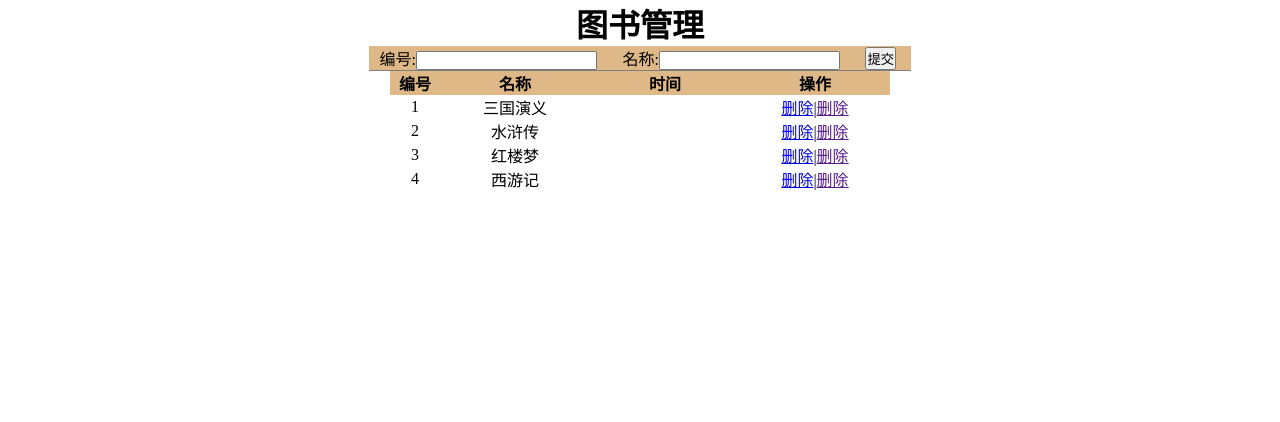
Repository: chenguocan/Vue_demo_1
Page: vue_demo_03/图书管理.html
These files come from the project's save history. The page is drawn as it stood at one moment and after the next save; the edit follows.
The browser window is 1280 px wide. The pictures show the whole page.

Above is the page before, as saved 2020-07-22 09:51:05.

### vue_demo_03/图书管理.html
<!DOCTYPE html>
<html lang="en">
  <head>
    <meta charset="UTF-8" />
    <meta name="viewport" content="width=device-width, initial-scale=1.0" />
    <title>Document</title>
    <style>
      * {
        margin: 0;
        padding: 0;
        box-sizing: border-box;
      }
      .book {
        text-align: center;
      }
      .user {
        display: flex;
        justify-content: center;
      }
      .user table {
        border-bottom: 1px solid gray;
      }
      table {
        border-collapse: collapse;
      }
      th {
        background-color: burlywood;
      }
      .user td {
        padding: 0 15px 0 10.5px;
        background-color: burlywood;
      }
      td {
        border-collapse: collapse;
      }
      .bookmsg {
        display: flex;
        justify-content: center;
      }
    </style>
  </head>
  <body>
    <div id="app">
      <div class="book">
        <h1>图书管理</h1>
        <div class="user">
          <table>
            <tr>
              <td>编号:<input type="text" name="id" /></td>
              <td>名称:<input type="text" name="bookname" /></td>
              <td><button>提交</button></td>
            </tr>
          </table>
        </div>
        <div class="bookmsg">
          <table>
            <thead>
              <tr>
                <th width="50">编号</th>
                <th width="150">名称</th>
                <th width="150">时间</th>
                <th width="150">操作</th>
              </tr>
            </thead>
            <tbody>
              <tr v-for="(item,index) in book">
                <td>{{item.id}}</td>
                <td>{{item.bookname}}</td>
                <td></td>
                <td><a href="#">删除</a>|<a href="">删除</a></td>
              </tr>
            </tbody>
          </table>
        </div>
      </div>
    </div>
  </body>
  <script src="./js/vue.js"></script>
  <script>
    let app = new Vue({
      el: "#app",
      data: {
        book: [
          {
            id: 1,
            bookname: "三国演义",
            date: new Date(),
          },
          {
            id: 2,
            bookname: "水浒传",
            date: new Date(),
          },
          {
            id: 3,
            bookname: "红楼梦",
            date: new Date(),
          },
          {
            id: 4,
            bookname: "西游记",
            date: new Date(),
          },
        ],
      },
    });
    Vue.filter("dCreatDate", function (value) {
      console.log(value);
      var date = new Date(parseInt(value));
      var Y = date.getFullYear() + "-";
      var M =
        (date.getMonth() + 1 < 10
          ? "0" + (date.getMonth() + 1)
          : date.getMonth() + 1) + "-";
      var D = date.getDate() + " ";
      var h = date.getHours() + ":";
      var m = date.getMinutes() + ":";
      var s = date.getSeconds();
      var df = Y + M + D + h + m + s;
      console.log(df);
      return df;
    });
  </script>
</html>

Loaded but not shown: vue_demo_03/js/vue.js (library)

After the next save:
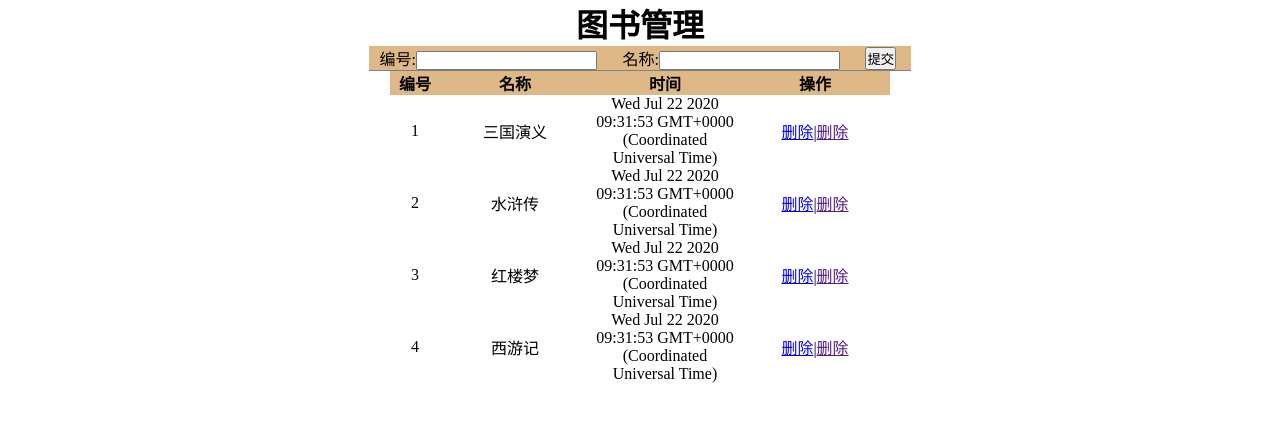
Saved 19 s later.
--- a/vue_demo_03/图书管理.html
+++ b/vue_demo_03/图书管理.html
@@ -66,7 +66,7 @@
               <tr v-for="(item,index) in book">
                 <td>{{item.id}}</td>
                 <td>{{item.bookname}}</td>
-                <td></td>
+                <td>{{item.date|dCreatDate}}</td>
                 <td><a href="#">删除</a>|<a href="">删除</a></td>
               </tr>
             </tbody>
